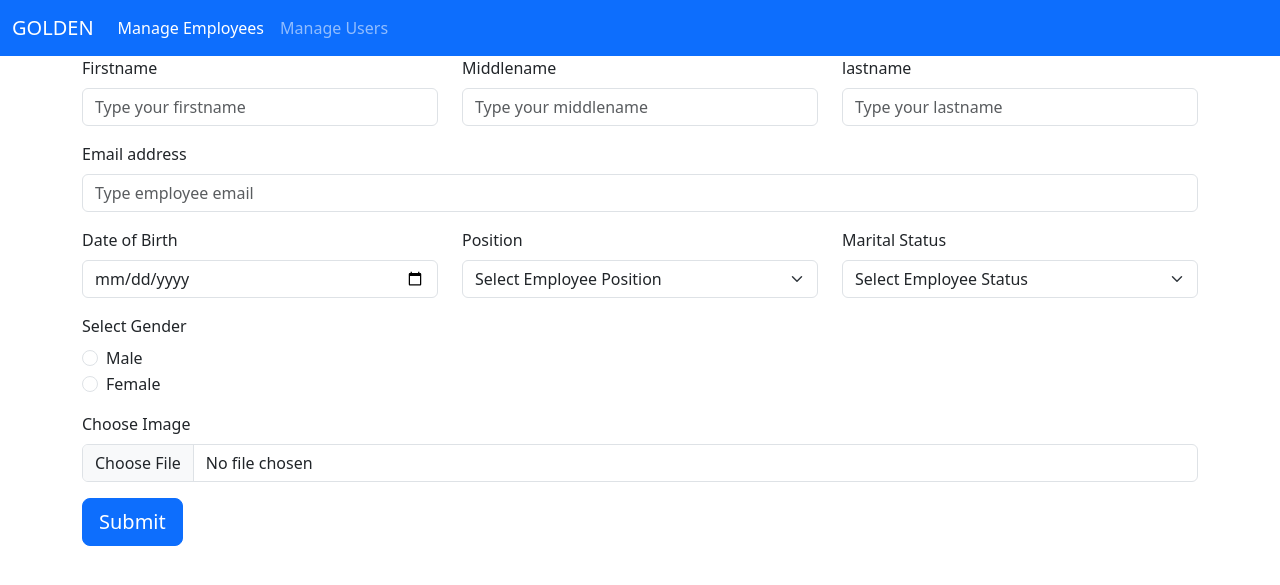
Repository: owuraku/DBC28.1
Page: http://localhost/employees/create
An editor plug-in stored every save of this project. The page is shown before and after the next save, followed by the edit.
The browser window is 1280 px wide. The pictures show the whole page.
The page is served by the project's Laravel application, run on PHP 8.4 with Laravel 10. Other server files are loaded and not shown.

Above is the page before, as saved 2023-05-24 11:42:56.

### routes/web.php
<?php

use App\Http\Controllers\EmployeeController;
use App\Http\Controllers\FirstController;
use Illuminate\Support\Facades\Route;

/*
|--------------------------------------------------------------------------
| Web Routes
|--------------------------------------------------------------------------
|
| Here is where you can register web routes for your application. These
| routes are loaded by the RouteServiceProvider and all of them will
| be assigned to the "web" middleware group. Make something great!
|
*/

Route::get('/', function () {
    return view('welcome');
});

// Route::get('/employees', function(){
//     return "Get all employees";
// })->name('employees.index');


// Route::get('/employees/{id}', function($id){
//     return "Get employee with id of $id";
// })->whereNumber('id')->name('employees.show');

Route::get('/employees', [FirstController::class, 'myFirstControllerFunction']);



//Route prefix
// Route::prefix('/employees')
// ->name('employees.')
// ->controller(FirstController::class)
// ->group(function(){
    // Route::get('', 'myFirstControllerFunction' )->name('index');

//     Route::post('', function(){
//         return "Save employee details";
//     })->name('store');

//     Route::get('/create', function(){
//         return "Get employee create form";
//     })->name('create');

//     Route::get('/{id}', 'mySecondControllerFunction')->name('show');

//      Route::get('/edit/{id}', function($id){
//         return "Get edit form for employee with id of $id";
//     })->name('edit');

//     Route::patch('/{id}', function($id){
//         return "Edit employee id of $id";
//     })->name('update');

//      Route::delete('/{id}', function($id){
//         return "Delete employee id of $id";
//     })->name('destroy');
// });


Route::resource('/employees', EmployeeController::class);
// Route::get('/employees', [EmployeeController::class, 'index']);

### app/Http/Controllers/EmployeeController.php
<?php

namespace App\Http\Controllers;

use App\Models\Employee;
use Illuminate\Http\Request;
use Illuminate\Support\Facades\DB;

class EmployeeController extends Controller
{
    /**
     * Display a listing of the resource.
     */
    public function index()
    {
        $employees = Employee::all();
         return view('employees.list', ['employees' => $employees]);
    }

    /**
     * Show the form for creating a new resource.
     */
    public function create()
    {
        return view('employees.form');
        //
    }

    /**
     * Store a newly created resource in storage.
     */
    public function store(Request $request)
    {
       $data = $request->input();

        $request->validate([
            "firstname" => 'required|min:2|max:100|alpha',
            "lastname" => 'required|min:2|max:100|alpha',
            "middlename" => 'sometimes|min:2|max:100|alpha',
            "email" => 'required|email|unique:employees,email',
            'dob' => ['date','before:1990-01-01']
        ]);

       $employee = new Employee;
       $employee->firstname = $data['firstname'];
       $employee->lastname = $data['lastname'];
       $employee->middlename = $data['middlename'];
       $employee->dob = $data['dob'];
       $employee->gender = $data['gender'];
       $employee->position = $data['position'];
       $employee->email = $data['email'];
       $employee->marital_status = $data['marital_status'];
       $employee->image = '/temp/image.png';
       $employee->save();




    //    $data['image']= '/temp/image';
    //    $hasImage = $request->hasFile('image');
    //    $image = $request->file('image');
    //    if($hasImage){
    //     dd($image);
    //    }
    //    $validated = $request->validate([
    //    'last_name' => 'required|min:10',
    //    'first_name' => 'required|min:10',
    //    ]);

        // create method
    //    Employee::create($data);
        // //

        // return $validated;
    }

    /**
     * Display the specified resource.
     */
    public function show(string $id)
    {
        //
        $employee = Employee::findOrFail($id);
        return view('employees.show', [
            'employee' => $employee
        ]);
    }

    /**
     * Show the form for editing the specified resource.
     */
    public function edit(string $id)
    {
        //
    }

    /**
     * Update the specified resource in storage.
     */
    public function update(Request $request, string $id)
    {
        //
    }

    /**
     * Remove the specified resource from storage.
     */
    public function destroy(string $id)
    {
        //
    }
}

### resources/views/employees/form.blade.php
@extends('layout.master')

@section('title', 'Add New Employee')

@section('content')
    {{-- @if ($errors->any())
        <div class="alert alert-danger">
            <ul>
                @foreach ($errors->all() as $error)
                    <li>{{ $error }}</li>
                @endforeach
            </ul>
        </div>
    @endif --}}
    <form action="{{ route('employees.store') }}" method="POST" enctype="multipart/form-data">
        @csrf
        <div class="row mb-3">
            {{-- firstname --}}
            <div class="col">
                <label for="firstname" class="form-label">Firstname</label>
                <input type="text" class="form-control" name="firstname" placeholder="Type your firstname">
            </div>
            {{-- middlename --}}
            <div class="col">
                <label for="middlename" class="form-label">Middlename</label>
                <input type="text" class="form-control" name="middlename" placeholder="Type your middlename">
            </div>
            {{-- lastname --}}
            <div class="col">
                <label for="lastname" class="form-label">lastname</label>
                <input type="text" class="form-control" name="lastname" placeholder="Type your lastname">
            </div>
        </div>
        {{-- email --}}
        <div class="mb-3">
            <label for="email" class="form-label">Email address</label>
            <input type="email" class="form-control" id="email" name="email" placeholder="Type employee email">
        </div>
        <div class="row mt-3">
            {{-- dob --}}
            <div class="col">
                <label for="dob" class="form-label">Date of Birth</label>
                <input type="date" class="form-control" name="dob" placeholder="Date of Birth">
            </div>
            {{-- position --}}
            <div class="col">
                <label for="dob" class="form-label">Position</label>
                <select class="form-select" name="position" aria-label="Default select example">
                    <option selected>Select Employee Position</option>
                    <option value="CEO">CEO</option>
                    <option value="CTO">CTO</option>
                    <option value="Manager">Manager</option>
                    <option value="Other">Other</option>
                </select>
            </div>
            {{-- marital status --}}
            <div class="col">
                <label for="dob" class="form-label">Marital Status</label>
                <select class="form-select" name="marital_status" aria-label="Default select example">
                    <option selected>Select Employee Status</option>
                    <option value="married">Married</option>
                    <option value="single">Single</option>
                    <option value="divorced">Divorced</option>
                    <option value="seperated">Seperated</option>
                </select>
            </div>
        </div>
        {{-- gender --}}
        <div class="mt-3">
            <label class="form-label">Select Gender</label>
            <div class="form-check">
                <input class="form-check-input" type="radio" name="gender" id="male" value="male">
                <label class="form-check-label" for="male">
                    Male
                </label>
            </div>
            <div class="form-check">
                <input class="form-check-input" type="radio" name="gender" id="female" value="female">
                <label class="form-check-label" for="female">
                    Female
                </label>
            </div>
        </div>
        {{-- image --}}
        <div class="mt-3">
            <label for="image" class="form-label">Choose Image</label>
            <input type="file" name="image" id="image" class="form-control">
        </div>

        <div class="mt-3">
            <button type="submit" class="btn btn-primary btn-lg">Submit</button>
        </div>
    </form>
@endsection

### resources/views/layout/master.blade.php
<!DOCTYPE html>
<html lang="en">

<head>
    <meta charset="UTF-8">
    <meta name="viewport" content="width=device-width, initial-scale=1.0">
    <meta http-equiv="X-UA-Compatible" content="ie=edge">
    <link href="https://cdn.jsdelivr.net/npm/bootstrap@5.3.0-alpha3/dist/css/bootstrap.min.css" rel="stylesheet"
        integrity="sha384-KK94CHFLLe+nY2dmCWGMq91rCGa5gtU4mk92HdvYe+M/SXH301p5ILy+dN9+nJOZ" crossorigin="anonymous">
    <title>
        @yield('title')
    </title>
</head>

<body>
    <main>
        @include('layout.navbar')
        <div class="container">
            @yield('content')
        </div>
    </main>

    <script src="https://cdn.jsdelivr.net/npm/bootstrap@5.3.0-alpha3/dist/js/bootstrap.bundle.min.js"
        integrity="sha384-ENjdO4Dr2bkBIFxQpeoTz1HIcje39Wm4jDKdf19U8gI4ddQ3GYNS7NTKfAdVQSZe" crossorigin="anonymous">
    </script>
</body>

</html>

### resources/views/layout/navbar.blade.php
<nav class="navbar navbar-expand-lg bg-primary" data-bs-theme="dark">
    <div class="container-fluid">
        <a class="navbar-brand" href="#">GOLDEN</a>
        <button class="navbar-toggler" type="button" data-bs-toggle="collapse" data-bs-target="#navbarSupportedContent"
            aria-controls="navbarSupportedContent" aria-expanded="false" aria-label="Toggle navigation">
            <span class="navbar-toggler-icon"></span>
        </button>
        <div class="collapse navbar-collapse" id="navbarSupportedContent">
            <ul class="navbar-nav me-auto mb-2 mb-lg-0">
                <li class="nav-item">
                    <a class="nav-link active" aria-current="page" href="{{ route('employees.index') }}">Manage
                        Employees</a>
                </li>
                <li class="nav-item">
                    <a class="nav-link" aria-current="page" href="#">Manage
                        Users</a>
                </li>
            </ul>
            {{-- <form class="d-flex" role="search">
        <input class="form-control me-2" type="search" placeholder="Search" aria-label="Search">
        <button class="btn btn-outline-success" type="submit">Search</button>
      </form> --}}
        </div>
    </div>
</nav>

Loaded but not shown: app/Http/Controllers/Controller.php (common file)

After the next save:
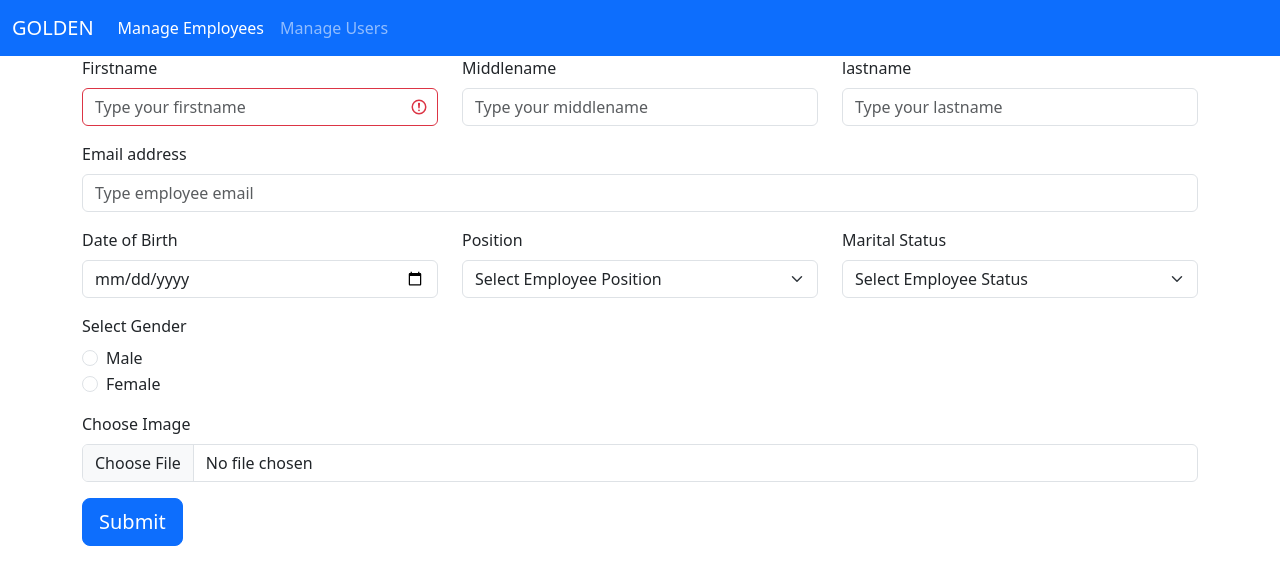
Saved 2 min 42 s later.
--- a/resources/views/employees/form.blade.php
+++ b/resources/views/employees/form.blade.php
@@ -18,7 +18,7 @@
             {{-- firstname --}}
             <div class="col">
                 <label for="firstname" class="form-label">Firstname</label>
-                <input type="text" class="form-control" name="firstname" placeholder="Type your firstname">
+                <input type="text" class="form-control is-invalid" name="firstname" placeholder="Type your firstname">
             </div>
             {{-- middlename --}}
             <div class="col">

After the save that followed:
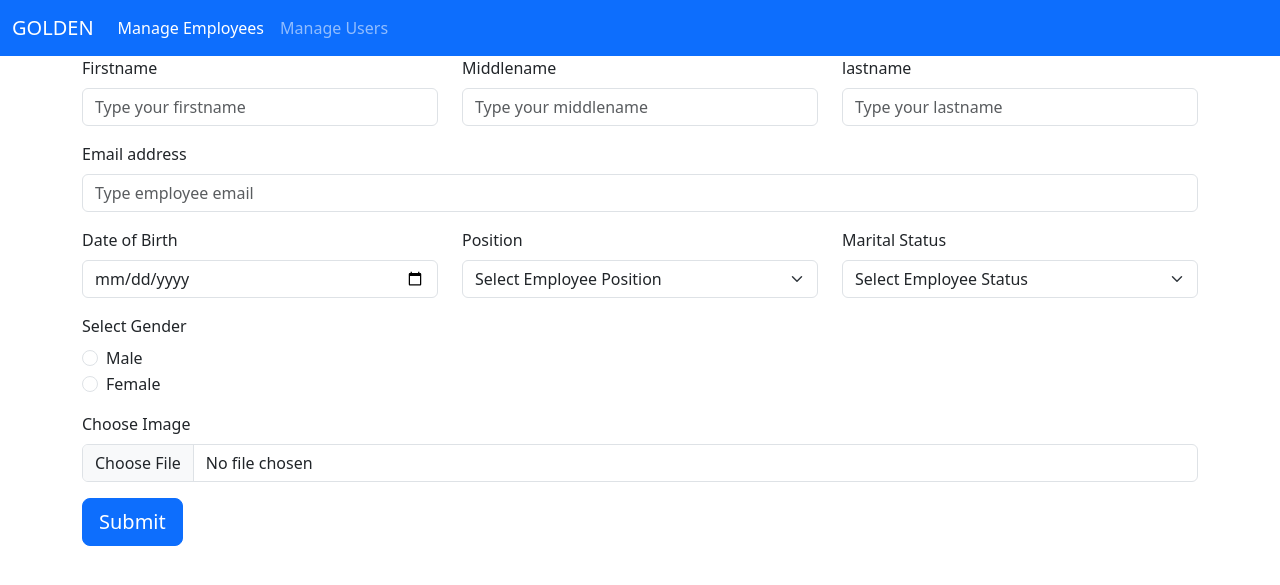
Saved 3 min 33 s later.
--- a/resources/views/employees/form.blade.php
+++ b/resources/views/employees/form.blade.php
@@ -18,7 +18,11 @@
             {{-- firstname --}}
             <div class="col">
                 <label for="firstname" class="form-label">Firstname</label>
-                <input type="text" class="form-control is-invalid" name="firstname" placeholder="Type your firstname">
+                <input type="text" class="form-control @error('firstname') is-invalid @enderror" name="firstname"
+                    placeholder="Type your firstname">
+                @error('firstname')
+                    <div class="text-danger">{{ $message }}</div>
+                @enderror
             </div>
             {{-- middlename --}}
             <div class="col">
